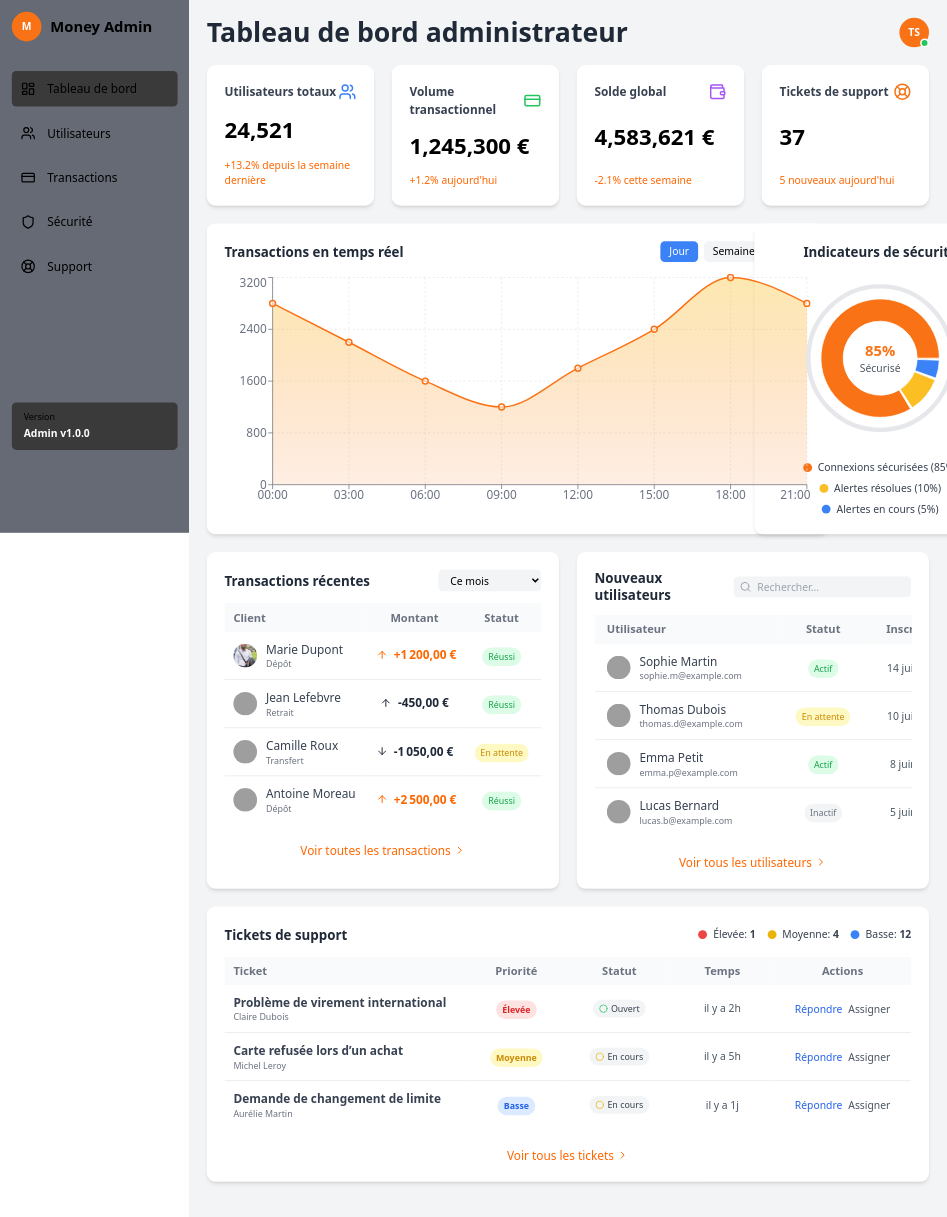
Repository: Edongo999/Dashboard
Page: /
These files come from the project's save history. The page is drawn as it stood at one moment and after the next save; the edit follows.
The browser window is 1280 px wide. The pictures show the whole page, at 74% of full size.
Pictures or frames that could not be fetched are drawn as grey boxes. The project was rebuilt for these pictures with package versions that can differ from the ones it lists, and the page was loaded fresh each time. Also part of the build but not shown: vite.config.ts.

Above is the page before, as saved 2025-10-14 14:26:14.

### index.html
<!doctype html>
<html lang="en">
  <head>
    <meta charset="UTF-8" />
    <link rel="icon" type="image/svg+xml" href="/vite.svg" />
    <meta name="viewport" content="width=device-width, initial-scale=1.0" />
    <title>mon_dashboard</title>
  </head>
  <body>
    <div id="root"></div>
    <script type="module" src="/src/main.tsx"></script>
  </body>
</html>

### src/App.tsx
import Sidebar from "./components/Sidebar"
import StatBlock from "./components/StatBlock"
import UserAvatar from "./components/UserAvatar"
import RealtimeChart from "./components/RealtimeChart"
import SecurityIndicators from "./components/SecurityIndicators"
import RecentActivity from "./components/RecentActivity"
import NewUsersTable from "./components/NewUsersTable"
import SupportTickets from "./components/SupportTickets" // ✅ Nouvelle section ajoutée
import { Users, CreditCard, Wallet, LifeBuoy } from "lucide-react"

const App = () => {
  const kpis = [
    {
      title: "Utilisateurs totaux",
      value: "24,521",
      subtext: "+13.2% depuis la semaine dernière",
      icon: <Users />,
      iconColor: "text-blue-500"
    },
    {
      title: "Volume transactionnel",
      value: "1,245,300 €",
      subtext: "+1.2% aujourd'hui",
      icon: <CreditCard />,
      iconColor: "text-green-500"
    },
    {
      title: "Solde global",
      value: "4,583,621 €",
      subtext: "-2.1% cette semaine",
      icon: <Wallet />,
      iconColor: "text-purple-500"
    },
    {
      title: "Tickets de support",
      value: "37",
      subtext: "5 nouveaux aujourd'hui",
      icon: <LifeBuoy />,
      iconColor: "text-orange-500"
    }
  ]

  return (
    <div className="flex min-h-screen">
      <Sidebar />
      <main className="flex-1 overflow-auto p-6 bg-[#F3F4F6]">

        {/* ✅ Titre + avatar */}
        <div className="flex items-center justify-between mb-6">
          <h1 className="text-4xl font-bold text-gray-800">
            Tableau de bord administrateur
          </h1>
          <UserAvatar />
        </div>

        {/* ✅ Cartes KPI */}
        <div className="grid grid-cols-1 sm:grid-cols-2 lg:grid-cols-4 gap-6 mb-6">
          {kpis.map((kpi, i) => (
            <StatBlock key={i} {...kpi} />
          ))}
        </div>

        {/* ✅ Section monitoring */}
        <div className="grid grid-cols-1 lg:grid-cols-2 gap-6 mb-6">
          <RealtimeChart />
          <SecurityIndicators />
        </div>

        {/* ✅ Section activité + utilisateurs côte à côte */}
        <div className="grid grid-cols-1 lg:grid-cols-2 gap-6 mb-6">
          <RecentActivity />
          <NewUsersTable />
        </div>

        {/* ✅ Dernière section : tickets de support */}
        <div className="grid grid-cols-1 gap-6 mb-6">
          <SupportTickets />
        </div>

      </main>
    </div>
  )
}

export default App

### src/components/Sidebar.tsx
import {
  LayoutDashboard,
  Users,
  CreditCard,
  Shield,
  LifeBuoy,
  Menu
} from "lucide-react"
import { useState } from "react"

const Sidebar = () => {
  const [open, setOpen] = useState(false)
  const [active, setActive] = useState("Tableau de bord")

  const menuItems = [
    { label: "Tableau de bord", icon: <LayoutDashboard size={20} /> },
    { label: "Utilisateurs", icon: <Users size={20} /> },
    { label: "Transactions", icon: <CreditCard size={20} /> },
    { label: "Sécurité", icon: <Shield size={20} /> },
    { label: "Support", icon: <LifeBuoy size={20} /> }
  ]

  return (
    <>
      {/* Bouton hamburger mobile */}
      <button
        className="lg:hidden fixed top-4 left-4 z-50 bg-white p-2 rounded-md shadow-md"
        onClick={() => setOpen(!open)}
      >
        <Menu className="text-gray-800" />
      </button>

      {/* Sidebar */}
      <aside
        className={`fixed top-0 left-0 w-64 h-screen bg-[#656A74] text-neutral-content flex flex-col justify-between p-4 z-40 transition-transform duration-300 ${
          open ? "translate-x-0" : "-translate-x-full"
        } lg:translate-x-0 lg:static lg:block`}
        style={{ opacity: 1 }}
      >
        {/* Haut : logo */}
        <div>
          <div className="flex items-center gap-3 mb-10">
            <div className="bg-orange-500 text-white rounded-full w-10 h-10 flex items-center justify-center font-bold text-sm shrink-0">
              M
            </div>
            <span className="text-xl font-semibold whitespace-nowrap">Money Admin</span>
          </div>

          {/* Menu */}
          <ul className="space-y-3">
            {menuItems.map((item) => (
              <li key={item.label}>
                <a
                  onClick={() => setActive(item.label)}
                  className={`flex items-center gap-4 py-3 px-3 text-[16px] rounded-md transition-all duration-300 ${
                    active === item.label
                      ? "bg-[#3A3A3A]"
                      : "hover:bg-neutral-600 hover:scale-[1.02]"
                  }`}
                >
                  {item.icon}
                  {item.label}
                </a>
              </li>
            ))}
          </ul>
        </div>

        {/* Bloc version */}
        <div className="mt-40">
          <div className="bg-[#3A3A3A] rounded-md px-4 py-3 text-xs text-neutral-content/70">
            <p className="mb-1">Version</p>
            <span className="font-semibold text-sm text-white">Admin v1.0.0</span>
          </div>
        </div>
      </aside>
    </>
  )
}

export default Sidebar

### src/components/StatBlock.tsx
import { motion } from "framer-motion"

type StatBlockProps = {
  title: string
  value: string
  subtext: string
  icon: React.ReactNode
  iconColor: string
}

const StatBlock = ({ title, value, subtext, icon, iconColor }: StatBlockProps) => {
  return (
    <motion.div
      initial={{ opacity: 0, y: 30 }}
      animate={{ opacity: 1, y: 0 }}
      whileHover={{ scale: 1.03, y: -5 }}
      transition={{ duration: 0.3, ease: "easeOut" }}
      // 🔧 MODIFICATION ICI : largeur dynamique
      // Remplace `max-w-[240px]` par `flex-1` pour que chaque carte s’étire dans le layout
      className="bg-white shadow-md p-6 rounded-[12px] flex flex-col justify-between flex-1 h-[190px]"
    >
      <div className="flex justify-between items-center">
        <h3 className="text-base font-semibold text-gray-700">{title}</h3>
        <div className={`text-2xl ${iconColor}`}>{icon}</div>
      </div>
      <p className="text-3xl font-bold mt-2 text-black">{value}</p>
      <p className="text-sm mt-2 text-[#FF6600] font-medium">{subtext}</p>
    </motion.div>
  )
}

export default StatBlock

### src/components/UserAvatar.tsx
const UserAvatar = () => {
  return (
    <div className="relative">
      <div className="w-10 h-10 rounded-full bg-orange-500 text-white flex items-center justify-center font-bold text-sm">
        TS
      </div>
      <span className="absolute bottom-0 right-0 w-3 h-3 rounded-full border-2 border-white bg-green-500" />
    </div>
  )
}

export default UserAvatar

### src/components/RealtimeChart.tsx
import {
  AreaChart,
  Area,
  XAxis,
  YAxis,
  Tooltip,
  CartesianGrid,
  ResponsiveContainer
} from "recharts"
import { useState } from "react"

// 🔧 MODIFICATION ICI : valeurs fidèles à ton image
const datasets = {
  jour: [
    { time: "00:00", value: 2800 },
    { time: "03:00", value: 2200 },
    { time: "06:00", value: 1600 },
    { time: "09:00", value: 1200 },
    { time: "12:00", value: 1800 },
    { time: "15:00", value: 2400 },
    { time: "18:00", value: 3200 },
    { time: "21:00", value: 2800 }
  ],
  semaine: [
    { time: "Lun", value: 5400 },
    { time: "Mar", value: 6200 },
    { time: "Mer", value: 5800 },
    { time: "Jeu", value: 6900 },
    { time: "Ven", value: 7200 },
    { time: "Sam", value: 5100 },
    { time: "Dim", value: 4300 }
  ],
  mois: [
    { time: "S1", value: 18000 },
    { time: "S2", value: 22000 },
    { time: "S3", value: 19500 },
    { time: "S4", value: 25000 }
  ]
}

const RealtimeChart = () => {
  const [view, setView] = useState<"jour" | "semaine" | "mois">("jour")

  return (
    // 🔧 MODIFICATION ICI : largeur élargie à 840px
    <div className="bg-white rounded-[12px] shadow-md p-6 w-[840px]">
      <div className="flex items-center justify-between mb-4">
        <h2 className="text-lg font-semibold text-gray-800">Transactions en temps réel</h2>
        <div className="flex gap-2">
          {["jour", "semaine", "mois"].map((v) => (
            <button
              key={v}
              onClick={() => setView(v as "jour" | "semaine" | "mois")}
              className={`text-sm px-3 py-1 rounded-md ${
                view === v ? "bg-blue-500 text-white" : "bg-gray-100 hover:bg-gray-200"
              }`}
            >
              {v.charAt(0).toUpperCase() + v.slice(1)}
            </button>
          ))}
        </div>
      </div>

      {/* 🔧 MODIFICATION ICI : hauteur augmentée à h-80 */}
      <div className="h-80">
        <ResponsiveContainer width="100%" height="100%">
          <AreaChart data={datasets[view]}>
            <defs>
              <linearGradient id="colorValue" x1="0" y1="0" x2="0" y2="1">
                <stop offset="0%" stopColor="#FBBF24" stopOpacity={0.6} />
                <stop offset="100%" stopColor="#F97316" stopOpacity={0.2} />
              </linearGradient>
            </defs>

            {/* 🔧 Traits interrompus uniquement */}
            <CartesianGrid strokeDasharray="3 3" stroke="#E5E7EB" />
            <XAxis dataKey="time" stroke="#6B7280" />
            <YAxis stroke="#6B7280" />
            <Tooltip
              contentStyle={{ backgroundColor: "#fff", borderRadius: "8px", border: "none" }}
              labelStyle={{ color: "#374151", fontWeight: "500" }}
            />
            <Area
              type="monotone"
              dataKey="value"
              stroke="#F97316"
              strokeWidth={2}
              fill="url(#colorValue)"
              dot={{ r: 4, stroke: "#F97316", strokeWidth: 2, fill: "#fff" }}
            />
          </AreaChart>
        </ResponsiveContainer>
      </div>
    </div>
  )
}

export default RealtimeChart

### src/components/SecurityIndicators.tsx
import {
  PieChart,
  Pie,
  Cell,
  ResponsiveContainer
} from "recharts"

type SecurityLabel = "Connexions sécurisées" | "Alertes résolues" | "Alertes en cours"

const rawData: { name: SecurityLabel; value: number }[] = [
  { name: "Connexions sécurisées", value: 85 },
  { name: "Alertes résolues", value: 10 },
  { name: "Alertes en cours", value: 5 }
]

const COLOR_MAP: Record<SecurityLabel, string> = {
  "Connexions sécurisées": "#F97316",
  "Alertes résolues": "#FBBF24",
  "Alertes en cours": "#3B82F6"
}

const SecurityIndicators = () => {
  const total = rawData.reduce((sum, item) => sum + item.value, 0)

  const data = rawData.map((item) => ({
    ...item,
    percent: ((item.value / total) * 100).toFixed(0) + "%",
    color: COLOR_MAP[item.name]
  }))

  return (
    // 🔧 MODIFICATION ICI : contrôle du décalage horizontal
    // Pour décaler vers la droite, utilise `ml-2`, `ml-4`, `ml-6`, etc.
    // Pour centrer, retire `ml-*` et utilise `mx-auto`
    <div className="bg-white rounded-[12px] shadow-md p-6 w-[340px] h-[420px] ml-60 flex flex-col items-center justify-between">
      <h2 className="text-lg font-semibold text-gray-800">Indicateurs de sécurité</h2>

      {/* Donut + cercle externe */}
      <div className="relative flex items-center justify-center mt-2 mb-4">
        <div className="w-[200px] h-[200px] rounded-full border-[6px] border-gray-200 flex items-center justify-center">
          <div className="w-[160px] h-[160px]">
            <ResponsiveContainer width="100%" height="100%">
              <PieChart>
                <Pie
                  data={data}
                  dataKey="value"
                  innerRadius={50}
                  outerRadius={80}
                  paddingAngle={2}
                >
                  {data.map((item) => (
                    <Cell key={item.name} fill={item.color} />
                  ))}
                </Pie>
              </PieChart>
            </ResponsiveContainer>
          </div>

          {/* Texte centré */}
          <div className="absolute text-center">
            <p className="text-xl font-bold text-orange-500">85%</p>
            <p className="text-sm text-gray-600">Sécurisé</p>
          </div>
        </div>
      </div>

      {/* Légende en bas */}
      <div className="flex flex-col items-center gap-2 text-sm text-gray-700">
        {data.map((item) => (
          <div key={item.name} className="flex items-center gap-2">
            <span
              className="w-3 h-3 rounded-full"
              style={{ backgroundColor: item.color }}
            />
            <span>{item.name} ({item.percent})</span>
          </div>
        ))}
      </div>
    </div>
  )
}

export default SecurityIndicators

### src/components/SupportTickets.tsx
import { ChevronRight, Circle } from "lucide-react"

const tickets = [
  {
    title: "Problème de virement international",
    user: "Claire Dubois",
    priority: "Élevée",
    status: "Ouvert",
    time: "il y a 2h"
  },
  {
    title: "Carte refusée lors d’un achat",
    user: "Michel Leroy",
    priority: "Moyenne",
    status: "En cours",
    time: "il y a 5h"
  },
  {
    title: "Demande de changement de limite",
    user: "Aurélie Martin",
    priority: "Basse",
    status: "En cours",
    time: "il y a 1j"
  }
]

const SupportTickets = () => {
  return (
    <div className="bg-white rounded-[12px] shadow-md p-6 w-full max-w-none">

      {/* ✅ Titre + filtres de priorité */}
      <div className="flex items-center justify-between mb-4">
        <h2 className="text-lg font-bold text-gray-800">Tickets de support</h2>

        <div className="flex items-center gap-4">
          {/* 🔴 Élevée */}
          <div className="flex items-center gap-2">
            <span className="w-3 h-3 rounded-full bg-red-500"></span>
            <span className="text-sm text-gray-700 font-medium">Élevée: <span className="font-bold">1</span></span>
          </div>

          {/* 🟡 Moyenne */}
          <div className="flex items-center gap-2">
            <span className="w-3 h-3 rounded-full bg-yellow-500"></span>
            <span className="text-sm text-gray-700 font-medium">Moyenne: <span className="font-bold">4</span></span>
          </div>

          {/* 🔵 Basse */}
          <div className="flex items-center gap-2">
            <span className="w-3 h-3 rounded-full bg-blue-500"></span>
            <span className="text-sm text-gray-700 font-medium">Basse: <span className="font-bold">12</span></span>
          </div>
        </div>
      </div>

      {/* ✅ Tableau élargi */}
      <div className="overflow-x-auto">
        <table className="w-full text-[15px] text-left table-fixed">
          <thead>
            <tr className="bg-[#F9FAFB] text-gray-500 font-normal">
              <th className="py-2 px-3 w-[35%]">Ticket</th>
              <th className="py-2 px-3 w-[15%] text-center">Priorité</th>
              <th className="py-2 px-3 w-[15%] text-center">Statut</th>
              <th className="py-2 px-3 w-[15%] text-center">Temps</th>
              <th className="py-2 px-3 w-[20%] text-center">Actions</th>
            </tr>
          </thead>
          <tbody className="divide-y divide-gray-200">
            {tickets.map((ticket, i) => {
              // ✅ Couleurs de priorité
              const priorityStyle =
                ticket.priority === "Élevée"
                  ? "bg-red-100 text-red-600"
                  : ticket.priority === "Moyenne"
                  ? "bg-yellow-100 text-yellow-600"
                  : "bg-blue-100 text-blue-600"

              // ✅ Icônes de statut
              const statusIcon =
                ticket.status === "Ouvert"
                  ? <Circle className="w-3 h-3 text-green-500 mr-1" />
                  : <Circle className="w-3 h-3 text-yellow-500 mr-1" />

              return (
                <tr
                  key={i}
                  className="text-gray-700 text-[16px] transition duration-200 hover:bg-gray-50"
                >
                  {/* ✅ Ticket + nom */}
                  <td className="py-3 px-3">
                    <p className="font-semibold">{ticket.title}</p>
                    <p className="text-xs text-gray-500">{ticket.user}</p>
                  </td>

                  {/* ✅ Priorité entourée */}
                  <td className="py-3 px-3 text-center">
                    <span className={`px-2 py-1 rounded-full text-xs font-semibold ${priorityStyle}`}>
                      {ticket.priority}
                    </span>
                  </td>

                  {/* ✅ Statut avec icône */}
                  <td className="py-3 px-3 text-center">
                    <span className="inline-flex items-center justify-center px-2 py-1 rounded-full text-xs font-medium bg-gray-100 text-gray-700">
                      {statusIcon}
                      {ticket.status}
                    </span>
                  </td>

                  {/* ✅ Temps */}
                  <td className="py-3 px-3 text-center text-sm text-gray-600">
                    {ticket.time}
                  </td>

                  {/* ✅ Actions */}
                  <td className="py-3 px-3 text-center">
                    <button className="text-sm text-blue-600 hover:underline mr-2">Répondre</button>
                    <button className="text-sm text-gray-600 hover:underline">Assigner</button>
                  </td>
                </tr>
              )
            })}
          </tbody>
        </table>
      </div>

      {/* ✅ Bouton bas bien visible */}
      <div className="mt-6 flex justify-center">
        <button className="text-base text-[#FF6600] font-medium hover:underline flex items-center gap-1">
          Voir tous les tickets <ChevronRight className="w-4 h-4" style={{ color: "#FF6600" }} />
        </button>
      </div>
    </div>
  )
}

export default SupportTickets

Loaded but not shown: src/main.tsx (common file); src/index.css (common file); tailwind.config.js (26 lines, source omitted); src/components/RecentActivity.tsx (162 lines, source omitted); src/components/NewUsersTable.tsx (155 lines, source omitted)

After the next save:
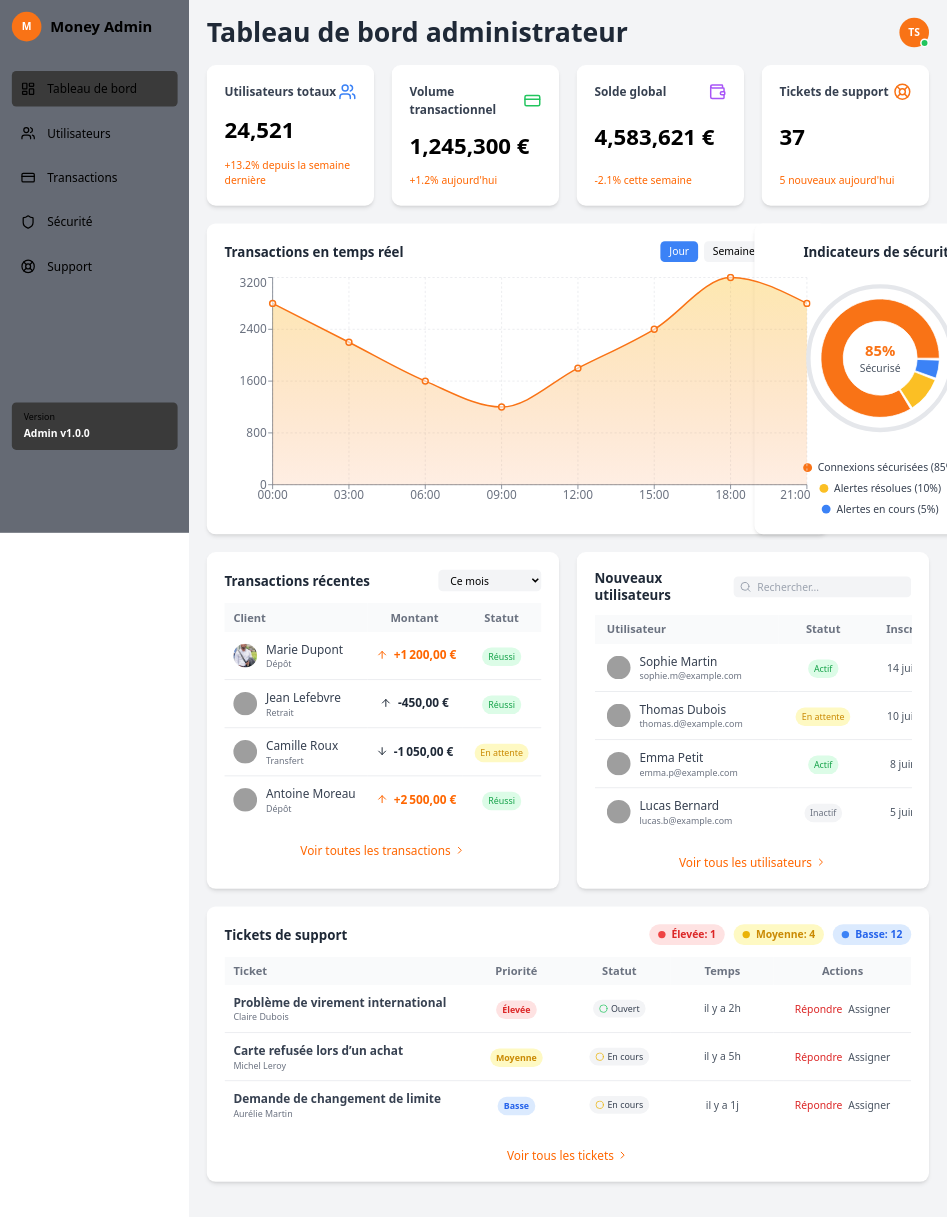
Saved 2 min 42 s later.
--- a/src/components/SupportTickets.tsx
+++ b/src/components/SupportTickets.tsx
@@ -28,27 +28,27 @@ const SupportTickets = () => {
   return (
     <div className="bg-white rounded-[12px] shadow-md p-6 w-full max-w-none">
 
-      {/* ✅ Titre + filtres de priorité */}
+      {/* ✅ Titre + filtres de priorité avec fond coloré */}
       <div className="flex items-center justify-between mb-4">
         <h2 className="text-lg font-bold text-gray-800">Tickets de support</h2>
 
-        <div className="flex items-center gap-4">
+        <div className="flex items-center gap-3">
           {/* 🔴 Élevée */}
-          <div className="flex items-center gap-2">
-            <span className="w-3 h-3 rounded-full bg-red-500"></span>
-            <span className="text-sm text-gray-700 font-medium">Élevée: <span className="font-bold">1</span></span>
+          <div className="flex items-center gap-2 px-3 py-1 rounded-full bg-red-100">
+            <span className="w-2.5 h-2.5 rounded-full bg-red-500"></span>
+            <span className="text-sm text-red-600 font-semibold">Élevée: 1</span>
           </div>
 
           {/* 🟡 Moyenne */}
-          <div className="flex items-center gap-2">
-            <span className="w-3 h-3 rounded-full bg-yellow-500"></span>
-            <span className="text-sm text-gray-700 font-medium">Moyenne: <span className="font-bold">4</span></span>
+          <div className="flex items-center gap-2 px-3 py-1 rounded-full bg-yellow-100">
+            <span className="w-2.5 h-2.5 rounded-full bg-yellow-500"></span>
+            <span className="text-sm text-yellow-600 font-semibold">Moyenne: 4</span>
           </div>
 
           {/* 🔵 Basse */}
-          <div className="flex items-center gap-2">
-            <span className="w-3 h-3 rounded-full bg-blue-500"></span>
-            <span className="text-sm text-gray-700 font-medium">Basse: <span className="font-bold">12</span></span>
+          <div className="flex items-center gap-2 px-3 py-1 rounded-full bg-blue-100">
+            <span className="w-2.5 h-2.5 rounded-full bg-blue-500"></span>
+            <span className="text-sm text-blue-600 font-semibold">Basse: 12</span>
           </div>
         </div>
       </div>
@@ -112,10 +112,10 @@ const SupportTickets = () => {
                     {ticket.time}
                   </td>
 
-                  {/* ✅ Actions */}
+                  {/* ✅ Actions avec bouton rouge pour "Répondre" */}
                   <td className="py-3 px-3 text-center">
-                    <button className="text-sm text-blue-600 hover:underline mr-2">Répondre</button>
-                    <button className="text-sm text-gray-600 hover:underline">Assigner</button>
+                    <button className="text-sm text-red-600 hover:underline mr-2 font-medium">Répondre</button>
+                    <button className="text-sm text-gray-600 hover:underline font-medium">Assigner</button>
                   </td>
                 </tr>
               )
